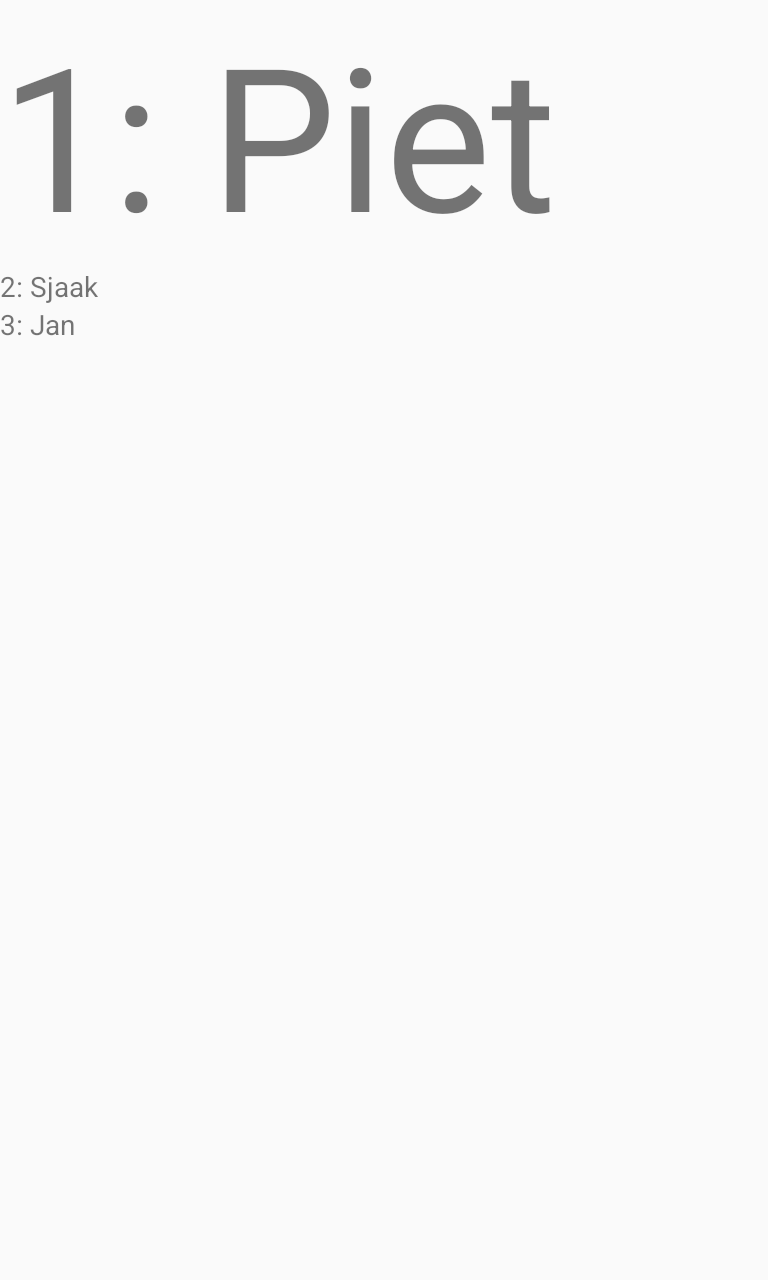
Repository: MarcSelles/BeatYourBucketAndroid
Layout: The_app/BeatYourBucket/res/layout/fragment_score.xml
An editor plug-in stored every save of this project. The layout is shown before and after a run of saves, followed by the edit.
It is drawn on a 768 x 1280 px phone screen (xhdpi) without system bars, with theme AppTheme; the app's code is not run.

Above is the layout before, as saved 2015-01-20 14:52:56.

### The_app/BeatYourBucket/res/layout/fragment_score.xml
<?xml version="1.0" encoding="utf-8"?>
<LinearLayout xmlns:android="http://schemas.android.com/apk/res/android"
    android:layout_width="match_parent"
    android:layout_height="match_parent"
    android:orientation="vertical" >

    <TextView
        android:id="@+id/textView1"
        android:layout_width="wrap_content"
        android:layout_height="wrap_content"
        android:textSize="100sp"
        android:text="1: Piet" />

    <TextView
        android:id="@+id/textView2"
        android:layout_width="wrap_content"
        android:layout_height="wrap_content"
        android:text="2: Sjaak" />

    <TextView
        android:id="@+id/textView3"
        android:layout_width="wrap_content"
        android:layout_height="wrap_content"
        android:text="3: Jan" />

</LinearLayout>

Loaded but not shown: The_app/BeatYourBucket/res/values/styles.xml (common file); The_app/BeatYourBucket/res/values-v11/styles.xml (common file); The_app/BeatYourBucket/res/values-v14/styles.xml (common file)

After the next 2 saves:
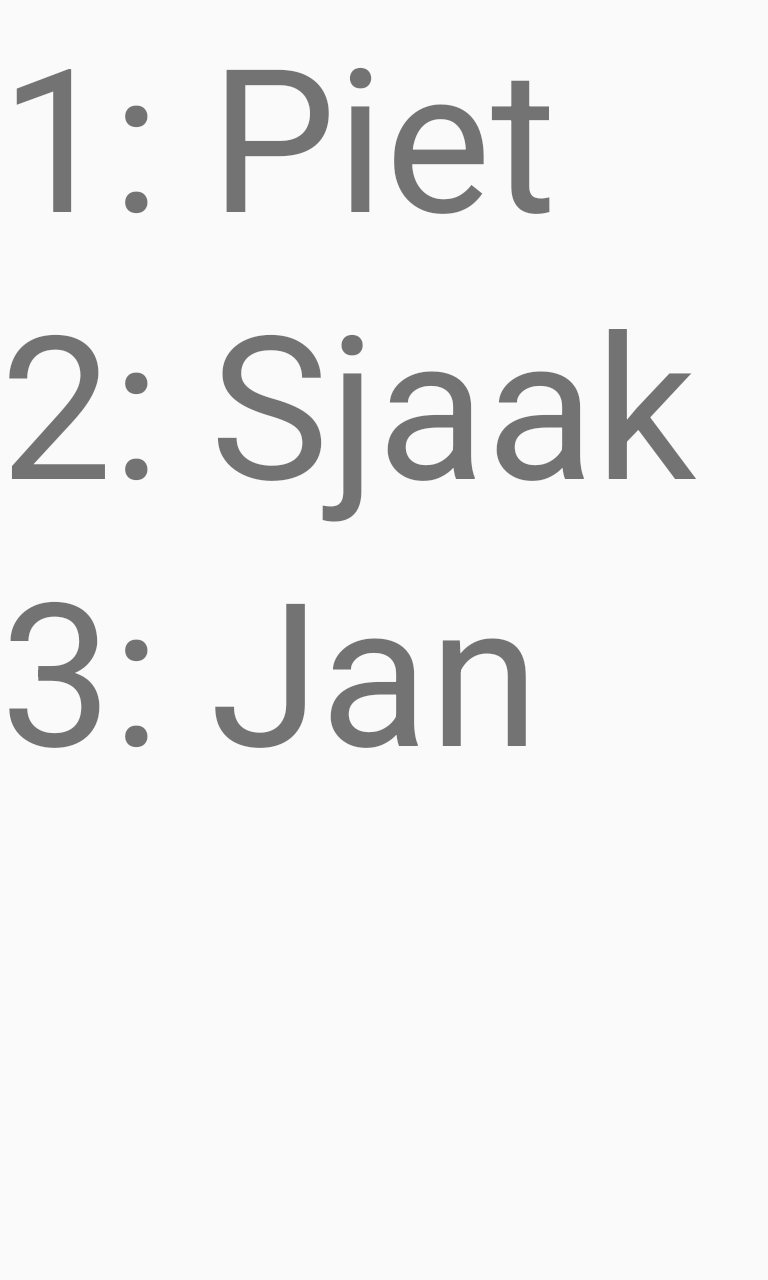
The 2 saves are shown as one change because they came seconds apart.
The last was saved 8 s later.
--- a/The_app/BeatYourBucket/res/layout/fragment_score.xml
+++ b/The_app/BeatYourBucket/res/layout/fragment_score.xml
@@ -15,12 +15,14 @@
         android:id="@+id/textView2"
         android:layout_width="wrap_content"
         android:layout_height="wrap_content"
+        android:textSize="100sp"
         android:text="2: Sjaak" />
 
     <TextView
         android:id="@+id/textView3"
         android:layout_width="wrap_content"
         android:layout_height="wrap_content"
+        android:textSize="100sp"
         android:text="3: Jan" />
 
 </LinearLayout>
